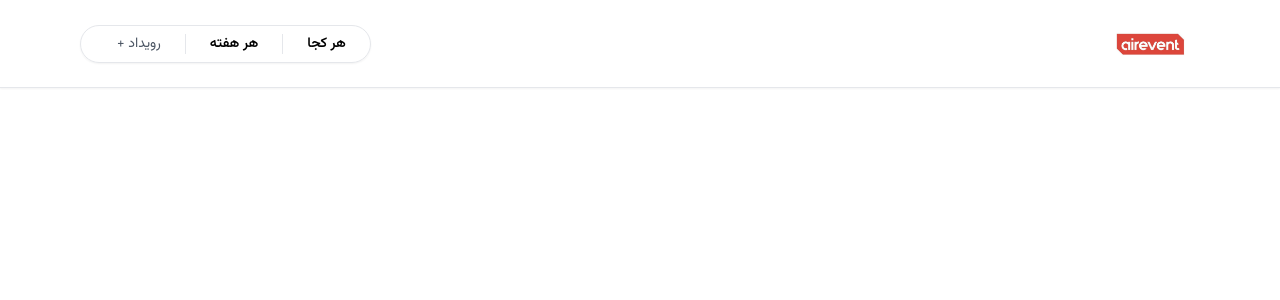
Repository: soroush-g/Eight
Page: /
These files come from the project's save history. The page is drawn as it stood at one moment and after a run of saves; the edit follows.
The browser window is 1280 px wide. The pictures show the whole page.
The project was rebuilt for these pictures with package versions that can differ from the ones it lists, and the page was loaded fresh each time. The framework's server and built-in components were replaced by stand-ins that run in the browser. Also part of the build but not shown: next.config.mjs.

Above is the page before, as saved 2024-07-14 20:48:10.

### app/layout.tsx
import type { Metadata } from "next";
import { Vazirmatn } from "next/font/google";
import "./globals.css";
import Navbar from "./components/navbar/Navbar";

const vazir = Vazirmatn({ subsets: ['arabic'] });

export const metadata: Metadata = {
  title: "AIREVENT",
  description: "Covering events in all parts of the world",
};

export default function RootLayout({
  children,
}: Readonly<{
  children: React.ReactNode;
}>) {
  return (
    <html dir='rtl' lang="fa-Ir">
      <body className={vazir.className}>
        <Navbar />
        {children}
      </body>
    </html>
  );
}

### app/page.tsx

export default function Home() {
  return (
     <div className="text-yellow-700 text-2xl">بزرگترین رویدادهای کشور</div>
  )
}

### app/components/navbar/Navbar.tsx
import Container from "../Container";
import Logo from "./Logo";
import Search from "./Search";

const Navbar = () => {
    return (
        <div className="fixed w-full bg-white z-8 shadow-sm">
            <div className="py-2 border-b-[1px]">
              <Container>
                <div className="flex flex-row items-center justify-between gap-3 md:gap-0">
                 <Logo />
                 <Search />
                </div>
              </Container>
            </div>
        </div>
     );
}

export default Navbar;

### app/components/Container.tsx
'use client'

interface ContainerProps {
    children: React.ReactNode;
}

const Container: React.FC<ContainerProps> = ({children}) => {
    return (
        <div className="max-w-[2520px] mx-auto xl:px-20 md:px-10 sm:px-2 px-4">{children}</div>
     );
}

export default Container;

### app/components/navbar/Logo.tsx
'use client'

import Image from "next/image"
import { useRouter } from "next/navigation"

const Logo = () => {
    const router = useRouter();

    return(
        <Image alt="لوگو" className="hidden md:block cursor-pointer" height="100" width="100" src="/images/aireve.png" />
    )
}

export default Logo;

### app/components/navbar/Search.tsx
'use client';

import { BiSearch } from 'react-icons/bi'

const Search = () => {
    return (
        <div className="border-[1px] w-full md:w-auto py-2 rounded-full shadow-sm hover:shadow-md transition cursor-pointer">
            <div className="flex flex-row items-center justify-between">
              <div className="text-sm font-semibold px-6">
               هر کجا
              </div>
              <div className="hidden sm:block text-sm font-semibold px-6 border-x-[1px] flex-1 text-center">
                هر هفته
              </div>
              <div className="text-sm pl-6 pr-6 text-gray-600 flex flex-row items-center gap-3">
                <div className="hidden sm:block">
                  رویداد +
                </div>
                <div className=''>

                </div>
              </div>
            </div>
        </div>
     );
}

export default Search;

Loaded but not shown: app/globals.css (common file); tailwind.config.ts (common file)

After the next 5 saves:
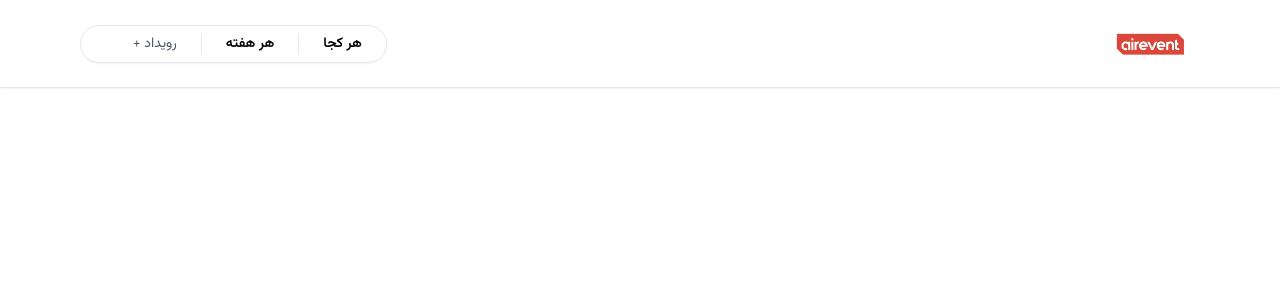
The 5 saves are shown as one change because they came seconds apart.
The last was saved 14 s later.
--- a/app/components/navbar/Search.tsx
+++ b/app/components/navbar/Search.tsx
@@ -16,7 +16,7 @@
                 <div className="hidden sm:block">
                   رویداد +
                 </div>
-                <div className=''>
+                <div className='p-2 bg-rose'>
 
                 </div>
               </div>
